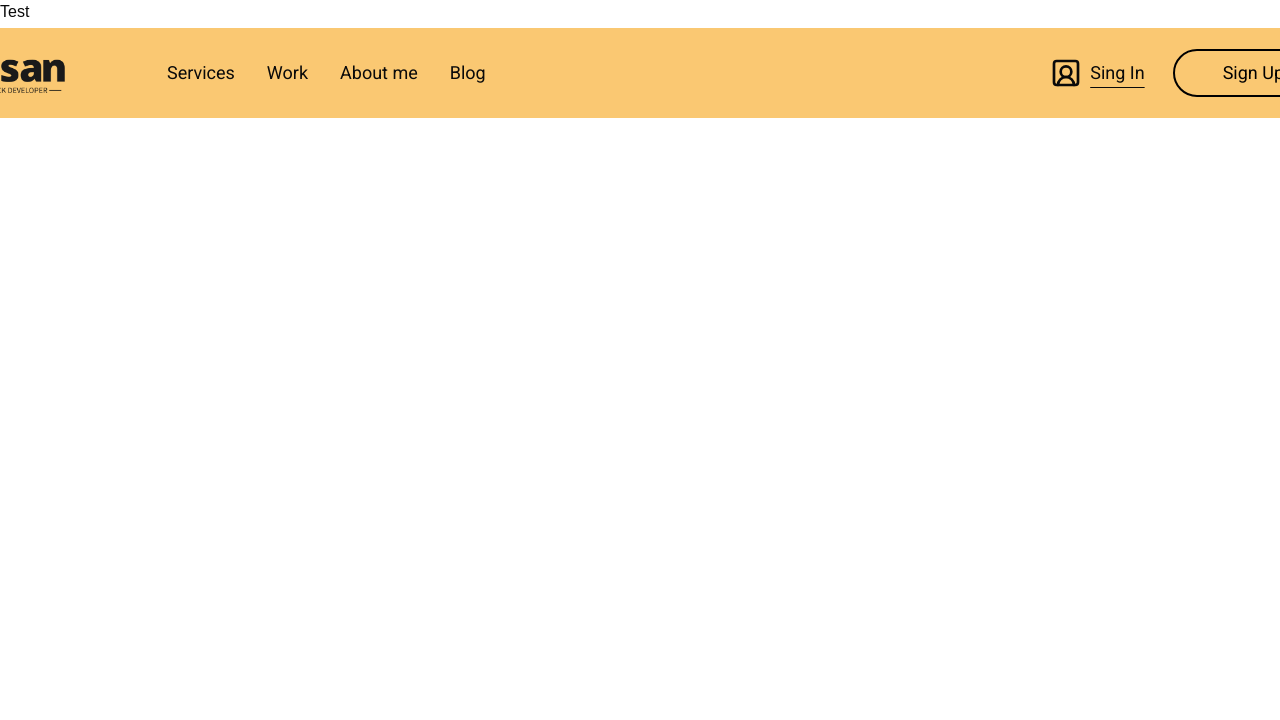
Repository: FrontendProjectsNL/mijn-portfolio-project
Page: /
An editor plug-in stored every save of this project. The page is shown before and after the next save, followed by the edit.
The browser window is 1280 px wide. The pictures show the whole page.
The project was rebuilt for these pictures with package versions that can differ from the ones it lists, and the page was loaded fresh each time. The framework's server and built-in components were replaced by stand-ins that run in the browser. Also part of the build but not shown: next.config.mjs.

Above is the page before, as saved 2024-10-27 12:46:15.

After the next save:
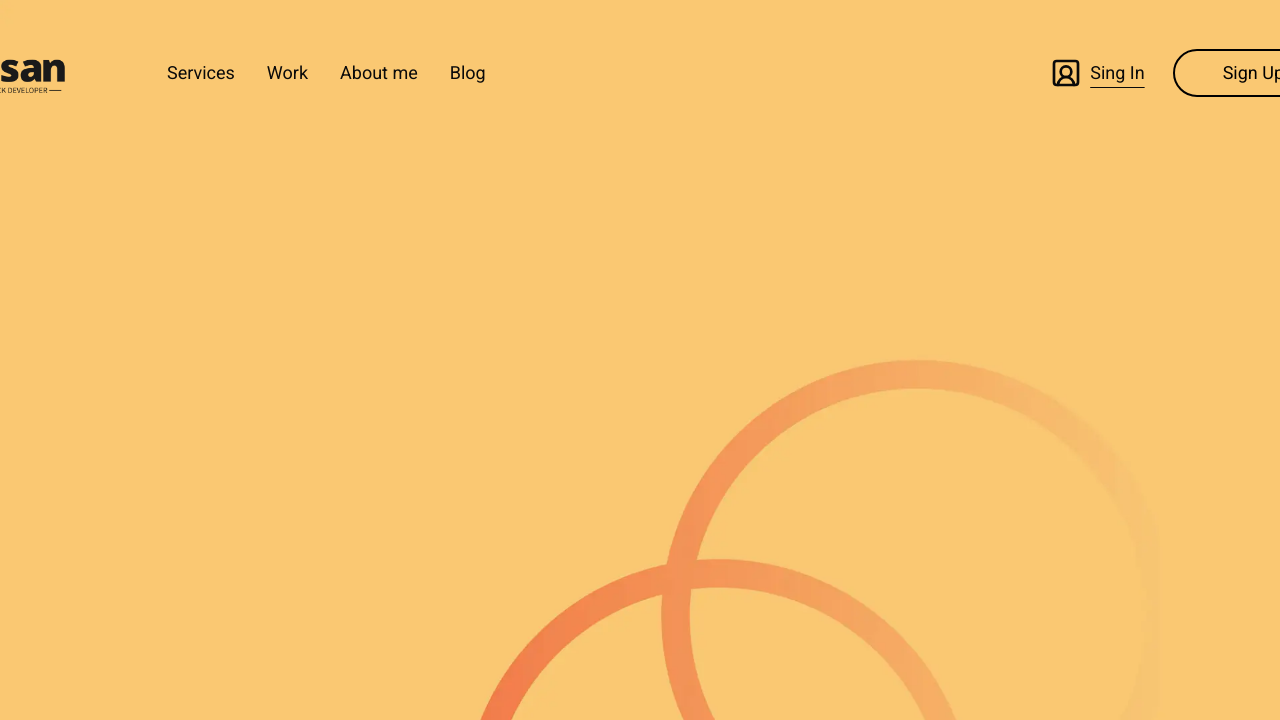
Saved 23 s later.
--- a/app/page.tsx
+++ b/app/page.tsx
@@ -1,5 +1,10 @@
 import Image from 'next/image';
+import Hero from './components/Hero';
 
 export default function Home() {
-  return <div>Test</div>;
+  return (
+    <div>
+      <Hero />
+    </div>
+  );
 }
